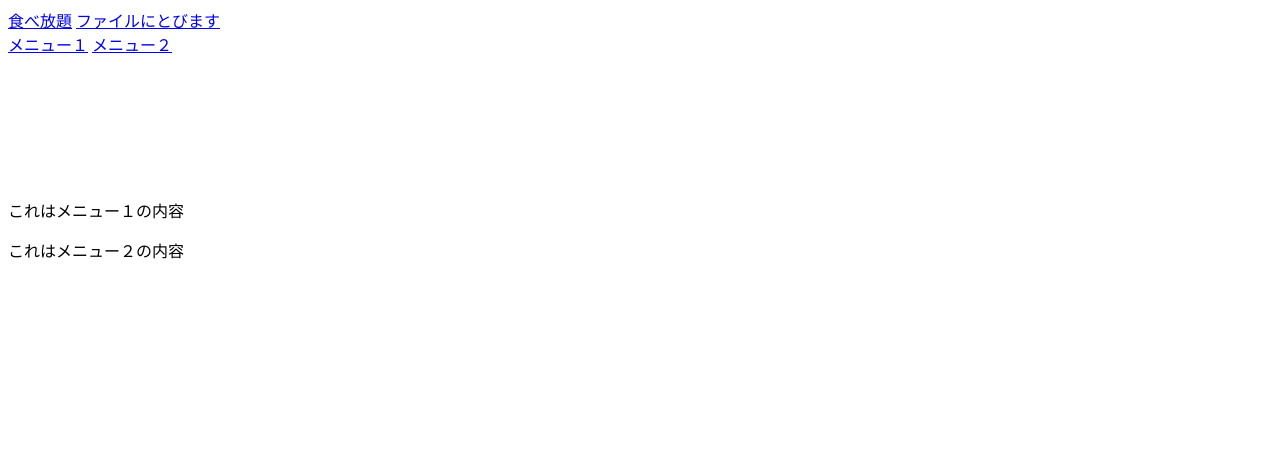
Repository: Jutta197/frontend726
Page: link.html
These files come from the project's save history. The page is drawn as it stood at one moment and after the next save; the edit follows.
The browser window is 1280 px wide. The pictures show the whole page.

Above is the page before, as saved 2023-07-27 12:50:35.

### link.html
<!DOCTYPE html>
<html lang="en">

<head>
    <meta charset="UTF-8">
    <meta name="viewport" content="width=device-width, initial-scale=1.0">
    <title>Document</title>
</head>

<body>
    <a href="https://rtrp.jp/locations/335/categories/263/">食べ放題</a>
    <a href="index.html">ファイルにとびます</a>
    <div>
        <a href="#menu1">メニュー１</a>
        <a href="menu2">メニュー２</a>
    </div>
    <br><br><br><br><br><br><br>
    <div>
        <p id="menu1">これはメニュー１の内容</p>
    </div>
    <div>
        <p id="menu2">これはメニュー２の内容</p>
    </div>
</body>

</html>

After the next save:
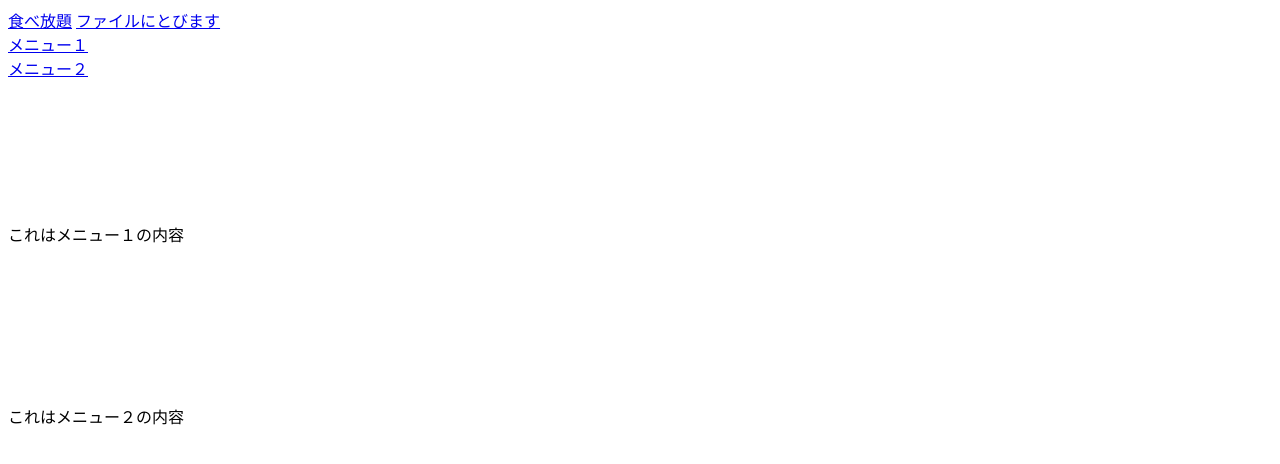
Saved 86 s later.
--- a/link.html
+++ b/link.html
@@ -11,13 +11,14 @@
     <a href="https://rtrp.jp/locations/335/categories/263/">食べ放題</a>
     <a href="index.html">ファイルにとびます</a>
     <div>
-        <a href="#menu1">メニュー１</a>
-        <a href="menu2">メニュー２</a>
+        <a href="#menu1">メニュー１</a><br>
+        <a href="#menu2">メニュー２</a>
     </div>
     <br><br><br><br><br><br><br>
     <div>
         <p id="menu1">これはメニュー１の内容</p>
     </div>
+    <br><br><br><br><br><br><br>
     <div>
         <p id="menu2">これはメニュー２の内容</p>
     </div>
